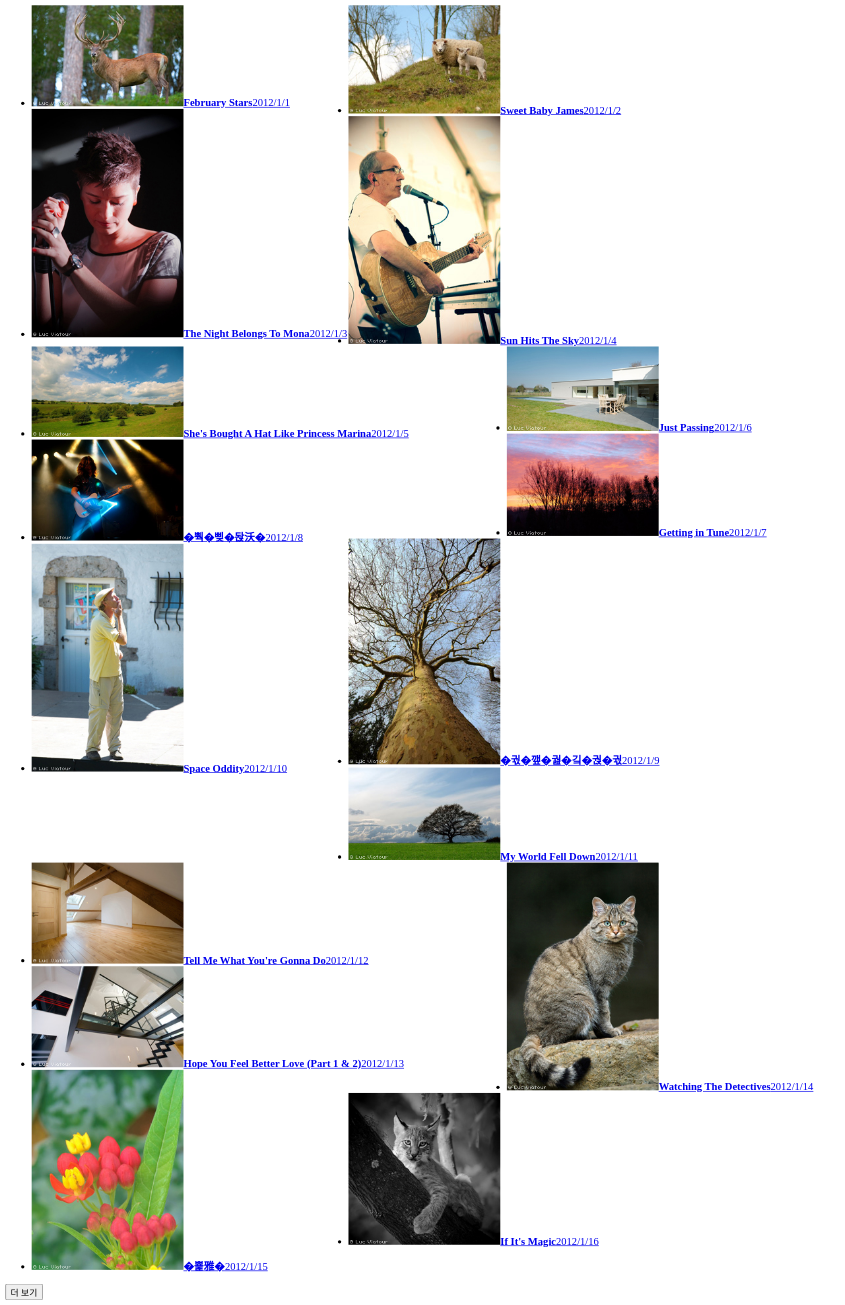
Repository: ekgus419/hckj
Page: http://localhost/Railro/WEB-INF/views/travelInfo/travelInfoMain.jsp
The author's editor kept a copy of each file at every save. The page is drawn from the files as they stood at one save, then again after the next save.
The browser window is 1280 px wide. The pictures show the whole page, at 66% of full size.
The page is served by Tomcat 9. Nobody is signed in. Other server files are loaded and not shown. The template is opened directly, without the code that normally fills it, so the values that code supplies are empty.

Above is the page before, as saved 2016-08-20 10:05:52.

### Railro/src/main/webapp/WEB-INF/views/travelInfo/travelInfoMain.jsp
<%@ page language="java" pageEncoding="UTF-8" trimDirectiveWhitespaces="true"%>

<script src="${pageContext.request.contextPath}/js/travelInfo/vendor/modernizr.custom.min.js"></script>
<script src="${pageContext.request.contextPath}/js/travelInfo/vendor/jquery-1.10.2.min.js"></script>
<script src="${pageContext.request.contextPath}/js/travelInfo/vendor/jquery-ui-1.10.3.custom.min.js"></script>
<script src="${pageContext.request.contextPath}/js/travelInfo/vendor/jquery.ba-throttle-debounce.min.js"></script>
<script src="${pageContext.request.contextPath}/js/travelInfo/vendor/imagesloaded.pkgd.min.js"></script>
<script src="${pageContext.request.contextPath}/js/travelInfo/vendor/masonry.pkgd.min.js"></script>
<script src="${pageContext.request.contextPath}/js/travelInfo/main.js"></script>

<div class="content">
	<div class="page-main" role="main">
	    <ul class="gallery" id="gallery"></ul>
	    <button class="load-more" id="load-more">더 보기</button>
	</div>
</div>

### Railro/src/main/webapp/js/travelInfo/main.js
$(function () {

    /*
     * 갤러리
     */
    $('#gallery').each(function () {

        var $container = $(this),
            $loadMoreButton = $('#load-more'), // 추가 버튼
            $filter = $('#gallery-filter'),    // 필터링 양식
            addItemCount = 16,                 // 한 번에 표시 할 항목 수
            addedd = 0,                        // 표시 된 항목 수
            allData = [],                      // 모든 JSON 데이터
            filteredData = [];                 // 필터링 된 JSON 데이터

        $container.masonry({
            columnWidth: 230,
            gutter: 10,
            itemSelector: '.gallery-item'
        });

        // JSON을 검색하고 initGallery 함수를 실행
        $.getJSON('../data/content.json', initGallery);

        // 갤러리 초기화
        function initGallery (data) {

            // 취득한 JSON 데이터를 저장
            allData = data;

            // 초기 상태에서는 필터링하지 않고 그대로 전체 데이터를 전달
            filteredData = allData;

            // 첫 번째 항목을 표시
            addItems();

            // 추가 버튼을 클릭하면 추가로 표시
            $loadMoreButton.on('click', addItems);

            // 필터 라디오 버튼이 변경되면 필터링을 수행
            $filter.on('change', 'input[type="radio"]', filterItems);
        }

        // 항목을 생성하고 문서에 삽입
        function addItems (filter) {

            var elements = [],
                // 추가 데이터의 배열
                slicedData = filteredData.slice(addedd, addedd + addItemCount);

            // slicedData의 요소마다 DOM 요소를 생성
            $.each(slicedData, function (i, item) {
                var itemHTML =
                        '<li class="gallery-item is-loading">' +
                            '<a href="' + item.images.large + '">' +
                                '<img src="' + item.images.thumb + '" alt="">' +
                                '<span class="caption">' +
                                    '<span class="inner">' +
                                        '<b class="title">' + item.title + '</b>' +
                                        '<time class="date" datatime="' + item.date + '">' +
                                            item.date.replace(/-0?/g, '/') +
                                        '</time>' +
                                    '</span>' +
                                '</span>' +
                            '</a>' +
                        '</li>';
                elements.push($(itemHTML).get(0));
            });

            // DOM 요소의 배열을 컨테이너에 넣고 Masonry 레이아웃을 실행
            $container
                .append(elements)
                .imagesLoaded(function () {
                    $(elements).removeClass('is-loading');
                    $container.masonry('appended', elements);

                    // 필터링시 재배치
                    if (filter) {
                        $container.masonry();
                    }
                });

            // 추가 된 항목 수량 갱신
            addedd += slicedData.length;

            // JSON 데이터가 추가 된 후에 있으면 추가 버튼을 지운다
            if (addedd < filteredData.length) {
                $loadMoreButton.show();
            } else {
                $loadMoreButton.hide();
            }
        }

        // 항목을 필터링한다.
        function filterItems () {
            var key = $(this).val(), // 체크 된 라디오 버튼의 value

                // 추가 된 Masonry 아이템
                masonryItems = $container.masonry('getItemElements');

            // Masonry 항목을 삭제
            $container.masonry('remove', masonryItems);

            // 필터링 된 항목의 데이터를 재설정과
            // 추가 된 항목 수를 재설정
            filteredData = [];
            addedd = 0;

            if (key === 'all') {
                // all이 클릭 된 경우 모든 JSON 데이터를 저장
                filteredData = allData;
            } else {
                // all 이외의 경우, 키와 일치하는 데이터를 추출
                filteredData = $.grep(allData, function (item) {
                    return item.category === key;
                });
            }

            // 항목을 추가
            addItems(true);
        }
    });

    // jQuery UI Button radio버튼을 다른 버튼 모양으로 바꾼다.
    $('.filter-form input[type="radio"]').button({
        icons: {
            primary: 'icon-radio'
        }
    });

    // Resize page header
    $('.page-header').each(function () {
        var $header = $(this),
            headerHeight = $header.outerHeight(),
            headerPaddingTop = parseInt($header.css('paddingTop'), 10),
            headerPaddingBottom = parseInt($header.css('paddingBottom'), 10);
        $(window).on('scroll', $.throttle(1000 / 60, function () {
            var scroll = $(this).scrollTop(),
                styles = {};
            if (scroll > 0) {
                if (scroll < headerHeight) {
                    styles = {
                        paddingTop: headerPaddingTop - scroll / 2,
                        paddingBottom: headerPaddingBottom - scroll / 2
                    };
                } else {
                    styles = {
                        paddingTop: 0,
                        paddingBottom: 0
                    };
                }
            } else {
                styles = {
                    paddingTop: '',
                    paddingBottom: ''
                }
            }
            $header.css(styles);
        }));
    });

});

Loaded but not shown: Railro/src/main/webapp/data/content.json (884 lines, source omitted)

After the next save:
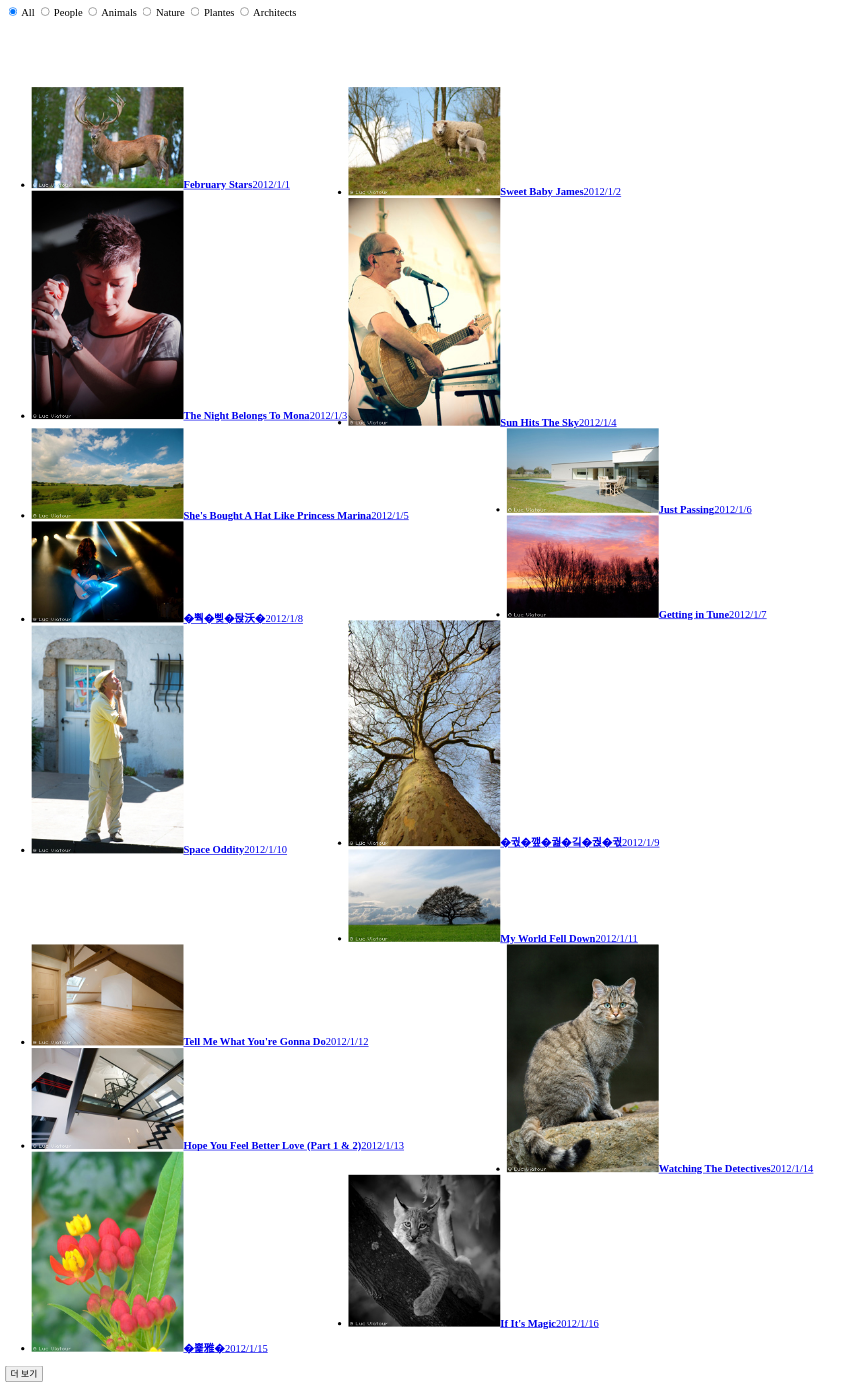
Saved 45 min 32 s later.
--- a/Railro/src/main/webapp/WEB-INF/views/travelInfo/travelInfoMain.jsp
+++ b/Railro/src/main/webapp/WEB-INF/views/travelInfo/travelInfoMain.jsp
@@ -10,6 +10,33 @@
 
 <div class="content">
 	<div class="page-main" role="main">
+		<form class="filter-form" id="gallery-filter">
+		    <span class="form-item">
+		        <input type="radio" name="filter" id="filter-all" value="all" checked>
+		        <label for="filter-all">All</label>
+		    </span>
+		    <span class="form-item">
+		        <input type="radio" name="filter" id="filter-people" value="people">
+		        <label for="filter-people">People</label>
+		    </span>
+		    <span class="form-item">
+		        <input type="radio" name="filter" id="filter-animals" value="animals">
+		        <label for="filter-animals">Animals</label>
+		    </span>
+		    <span class="form-item">
+		        <input type="radio" name="filter" id="filter-nature" value="nature">
+		        <label for="filter-nature">Nature</label>
+		    </span>
+		    <span class="form-item">
+		        <input type="radio" name="filter" id="filter-plantes" value="plantes">
+		        <label for="filter-plantes">Plantes</label>
+		    </span>
+		    <span class="form-item">
+		        <input type="radio" name="filter" id="filter-architects" value="architects">
+		        <label for="filter-architects">Architects</label>
+		    </span>
+		</form>
+		<br /><br /><br /><br />
 	    <ul class="gallery" id="gallery"></ul>
 	    <button class="load-more" id="load-more">더 보기</button>
 	</div>
